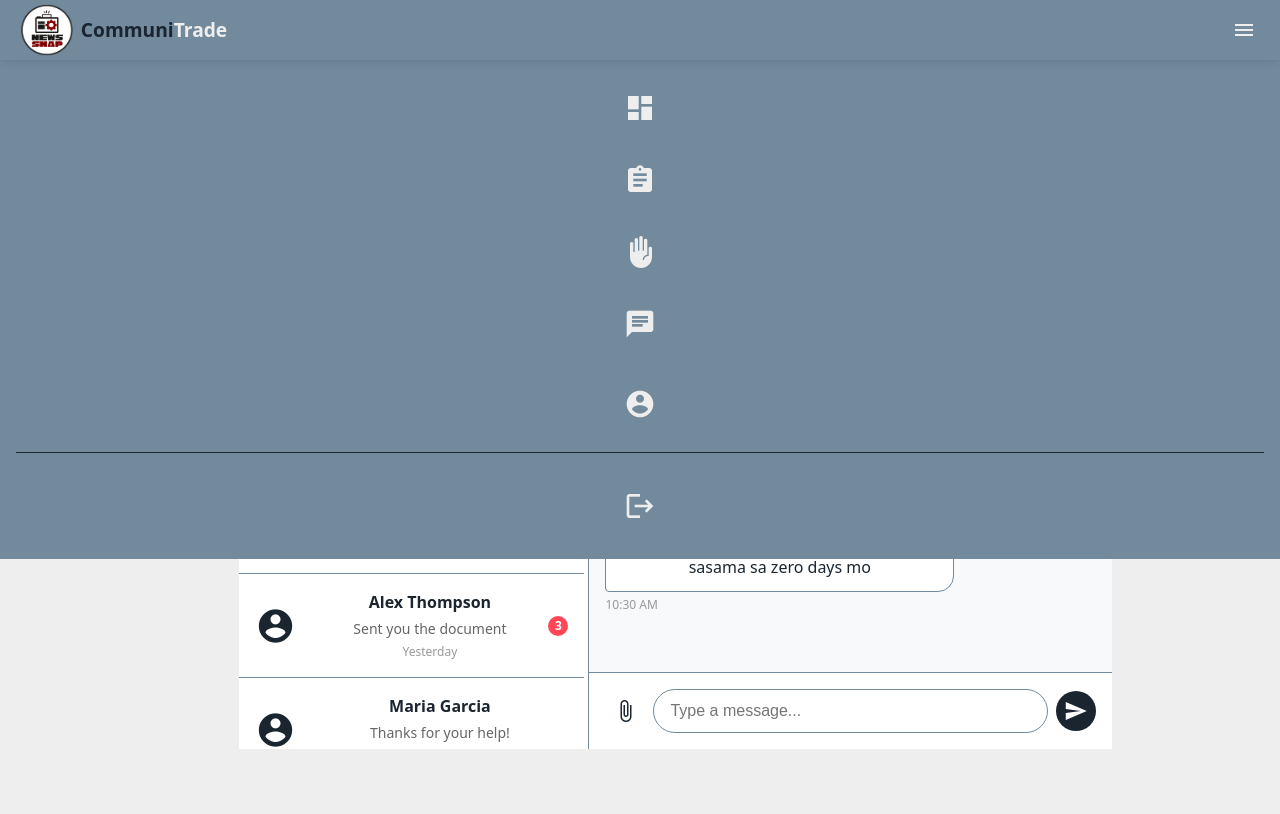
Repository: wholaanmo/news-snap
Page: /message
The author's editor kept a copy of each file at every save. The page is drawn from the files as they stood at one save, then again after the next save.
The browser window is 1280 px wide. The pictures show the whole page.
The project was rebuilt for these pictures with package versions that can differ from the ones it lists, and the page was loaded fresh each time. Also part of the build but not shown: src/components/AdminNavbar.vue, src/components/AdminSidebar.vue, src/layouts/AdminLayout.vue.

Above is the page before, as saved 2025-10-15 19:57:36.

After the next save:
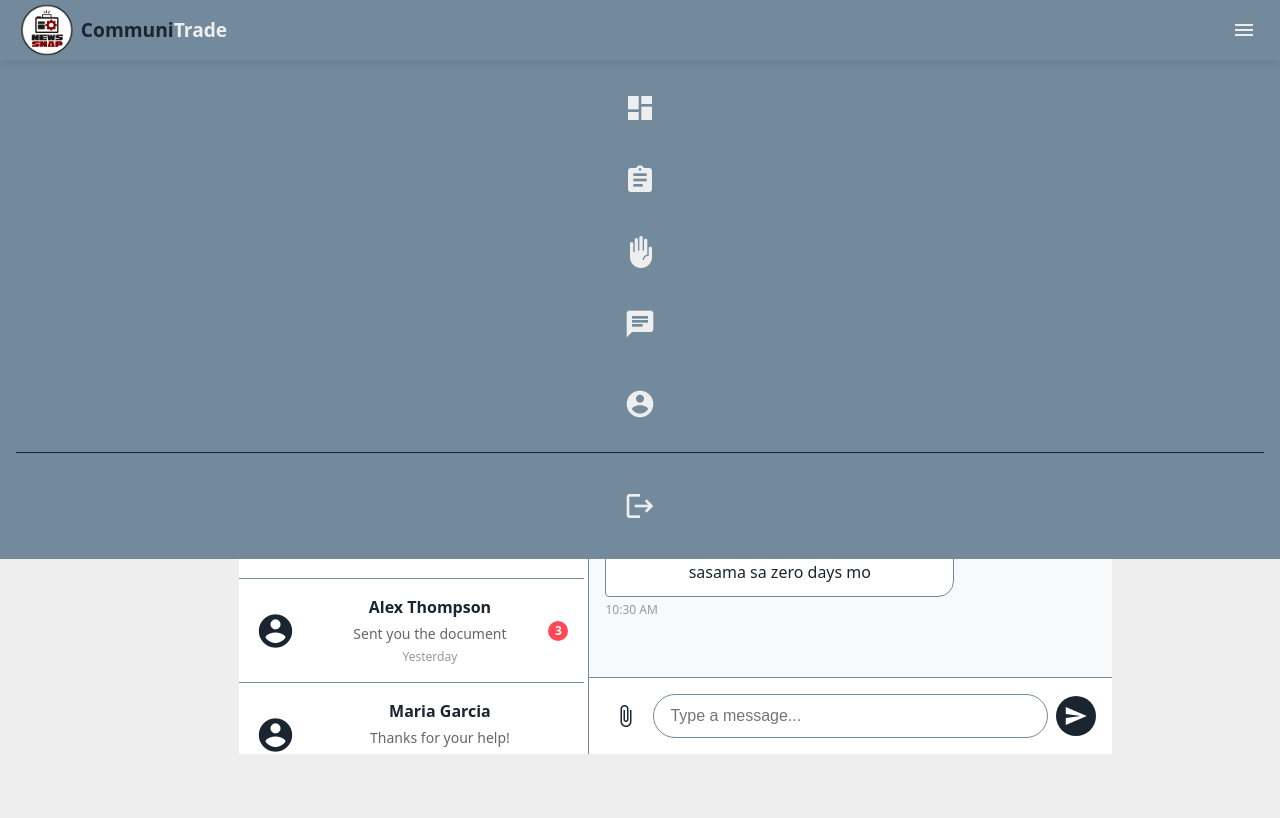
Saved 4 s later.
--- a/src/views/message.vue
+++ b/src/views/message.vue
@@ -336,7 +336,6 @@
 .message-page {
   display: flex;
   height: calc(100vh - 60px);
-  margin-top: -5px;
   background-color: var(--light);
 }
 

After the save that followed:
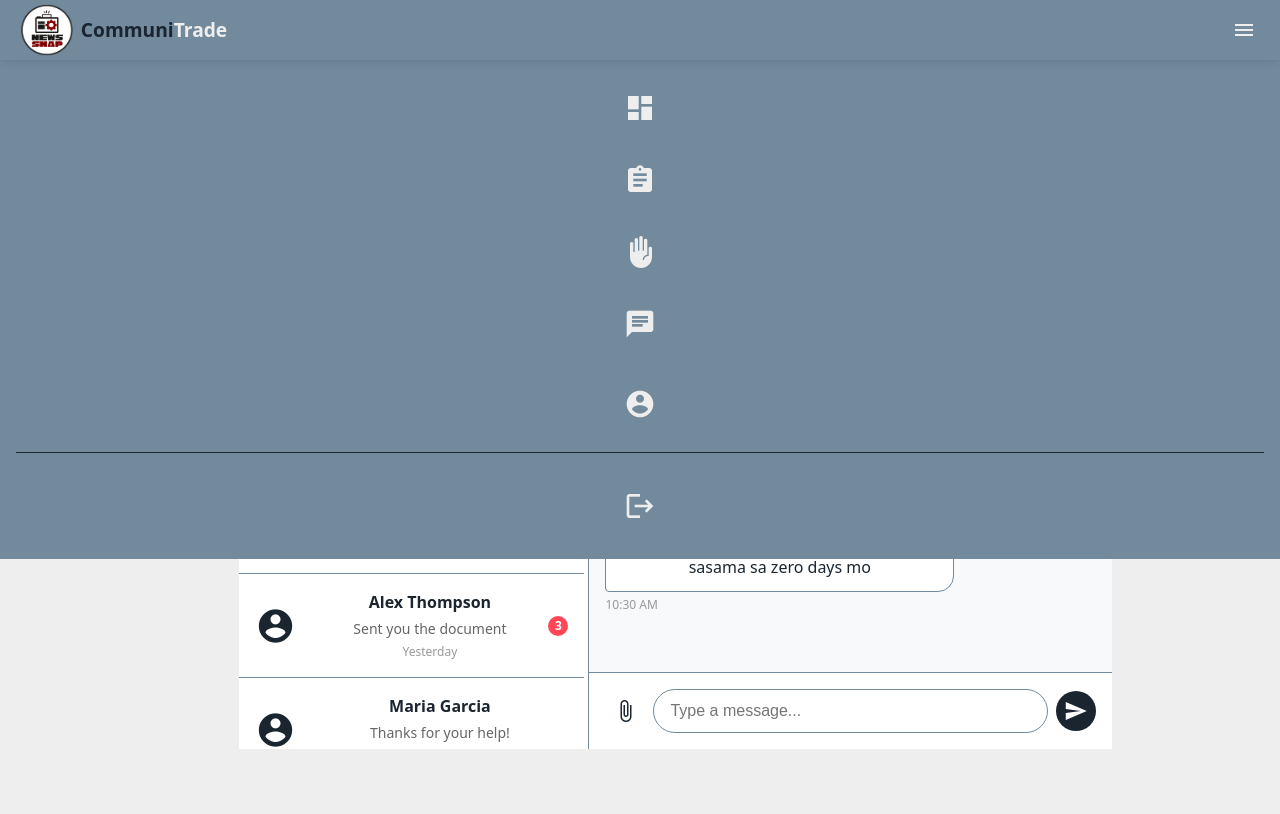
Saved 10 s later.
--- a/src/views/message.vue
+++ b/src/views/message.vue
@@ -336,6 +336,7 @@
 .message-page {
   display: flex;
   height: calc(100vh - 60px);
+  margin-top: -5px;
   background-color: var(--light);
 }
 
